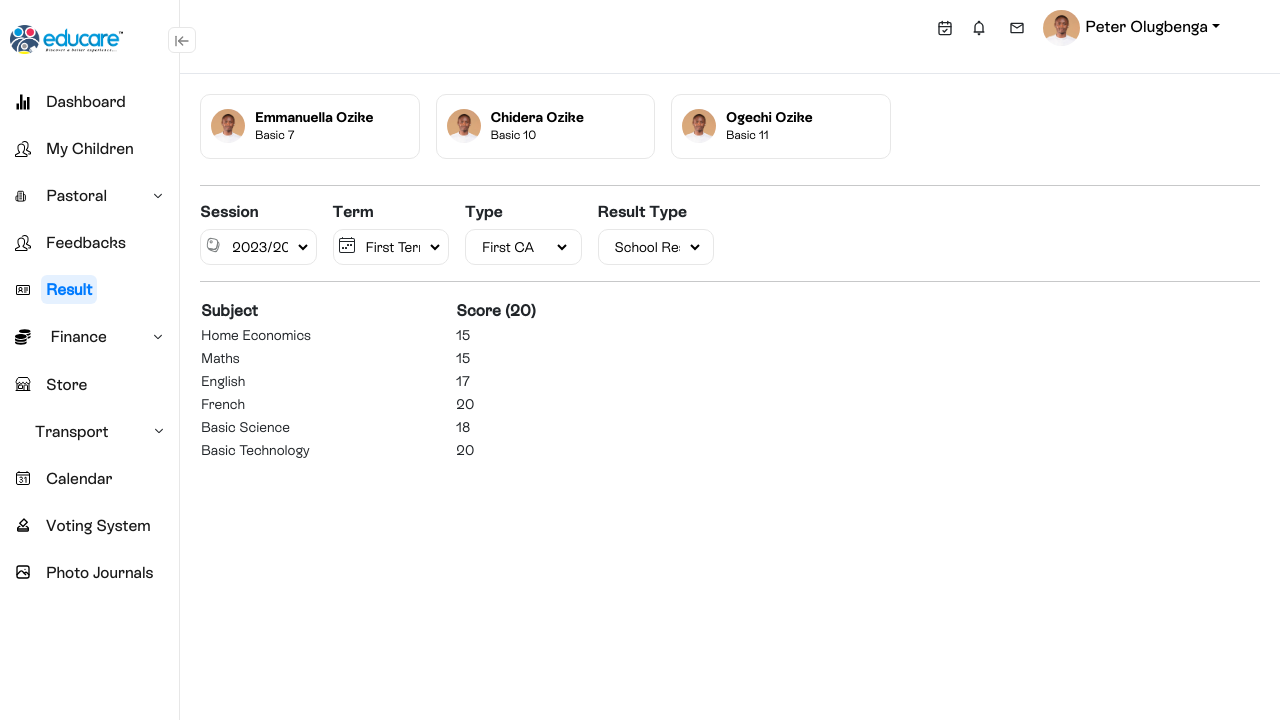
Repository: sarahnnanyelugo/educare-dashboards
Page: /result
An editor plug-in stored every save of this project. The page is shown before and after the next save, followed by the edit.
The browser window is 1280 px wide. The pictures show the whole page.
The project was rebuilt for these pictures with package versions that can differ from the ones it lists, and the page was loaded fresh each time. Also part of the build but not shown: src/Dashboards/Parents/MainView/main-view.scss, src/components/News/news.scss, src/components/News/News.js, src/TestData/newsData.js, src/TestData/schEvents.js, src/components/ResultChart/ResultChart.js, src/components/Calender/calender.scss, src/components/Calender/Calender.js and 13 more.

Above is the page before, as saved 2024-10-16 12:46:23.

After the next save:
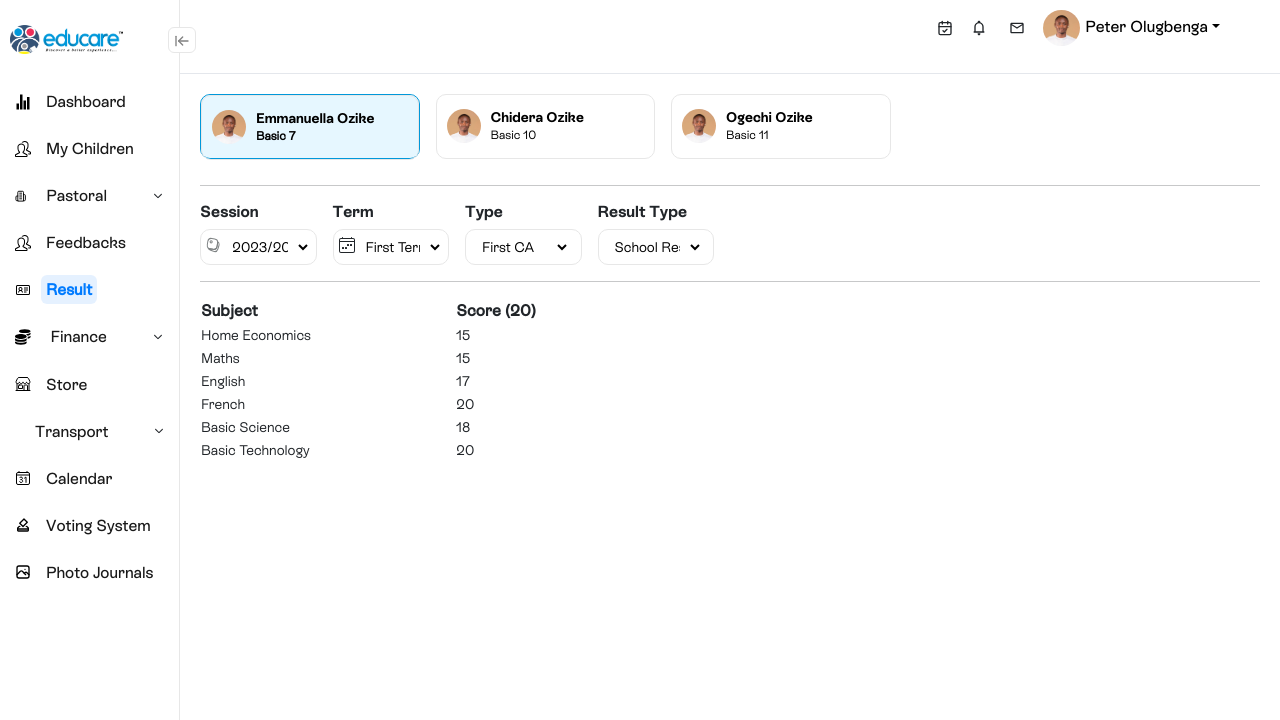
Saved 2 min 9 s later.
--- a/src/Dashboards/Parents/Result/result.scss
+++ b/src/Dashboards/Parents/Result/result.scss
@@ -22,3 +22,12 @@
   border-radius: 10px !important;
   padding: 1px 5px;
 }
+
+.active-component {
+  font-weight: bold;
+  background: #e6f7ff;
+  color: #fff;
+  border: solid 1px #0098da;
+  height: 65px;
+  border-radius: 10px;
+}
